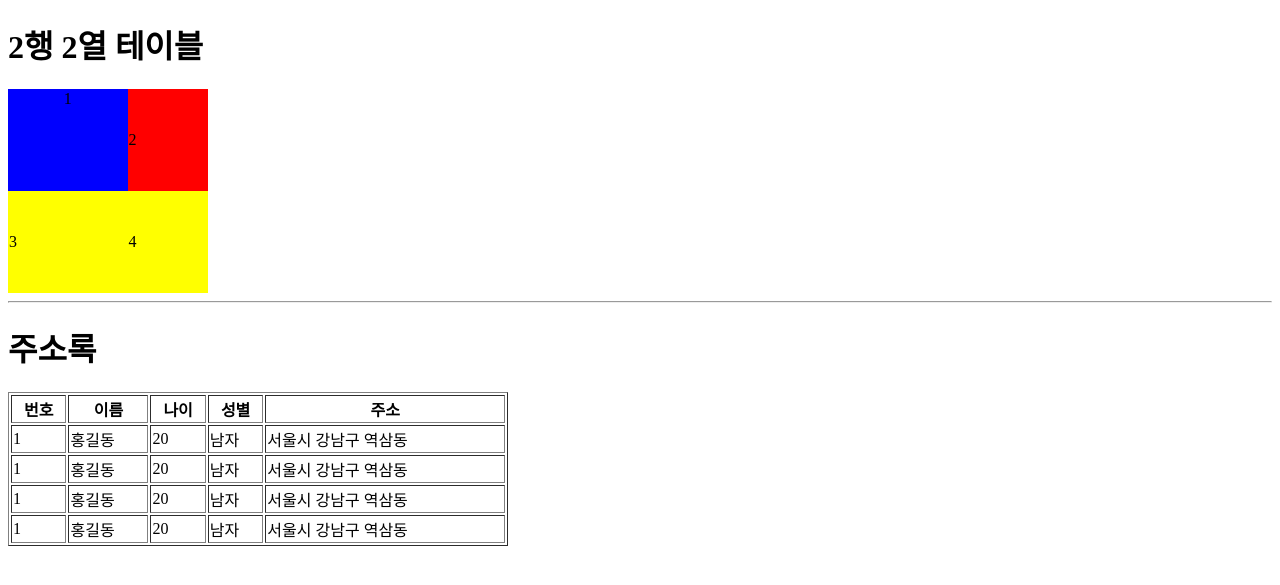
Repository: Chun0903/classStudy_github.io
Page: client/ClientTest/WebContent/ex13_table.html
An editor plug-in stored every save of this project. The page is shown before and after the next save, followed by the edit.
The browser window is 1280 px wide. The pictures show the whole page.

Above is the page before, as saved 2020-06-19 07:35:40.

### client/ClientTest/WebContent/ex13_table.html
<!DOCTYPE html>
<html>
<head>
<meta charset="UTF-8">
<title>Insert title here</title>
</head>
<body>

	<!--

		<table>, 표
		- 표 만들 떄 사용
		- 레이아웃 만들 때 사용 -> 잘 안씀 -> <div> + CSS 사용

		1. <table>
			- 큰상자
			- 전체 컨테이너
		2. <tr>, table row
			- 중간 상자
			- 행 역할
		3. <td>, table data
			- 작은상자
			- 셀 역할
			- 테이블의 데이터는 <td>가 가진다.
		4. <th>, table header
			- 작은상자
			- 셀 역할
			- 헤더의 셀 역할(제목 역할)
	-->

	<h1>2행 2열 테이블</h1>

	<table border="0" width="200" height="200" bgcolor="yellow" cellspacing="0">
		<tr bgcolor="red">
			<td width="120" height="100" bgcolor ="blue" align="center" valign="top">1</td>
			<td width="80">2</td>
		</tr>
		<tr>
			<td height="100">3</td>
			<td>4</td>
		</tr>
	</table>

	<hr>

	<h1>주소록</h1>

	<table border="1" width="500">
		<!-- 테이블 헤더 -->

		<tr>
			<th>번호</th>
			<th>이름</th>
			<th>나이</th>
			<th>성별</th>
			<th>주소</th>
		</tr>
		<tr>
			<td>1</td>
			<td>홍길동</td>
			<td>20</td>
			<td>남자</td>
			<td>서울시 강남구 역삼동</td>
		</tr>
		<tr>
			<td>1</td>
			<td>홍길동</td>
			<td>20</td>
			<td>남자</td>
			<td>서울시 강남구 역삼동</td>
		</tr>
		<tr>
			<td>1</td>
			<td>홍길동</td>
			<td>20</td>
			<td>남자</td>
			<td>서울시 강남구 역삼동</td>
		</tr>
		<tr>
			<td>1</td>
			<td>홍길동</td>
			<td>20</td>
			<td>남자</td>
			<td>서울시 강남구 역삼동</td>
		</tr>

	</table>



</body>
</html>

After the next save:
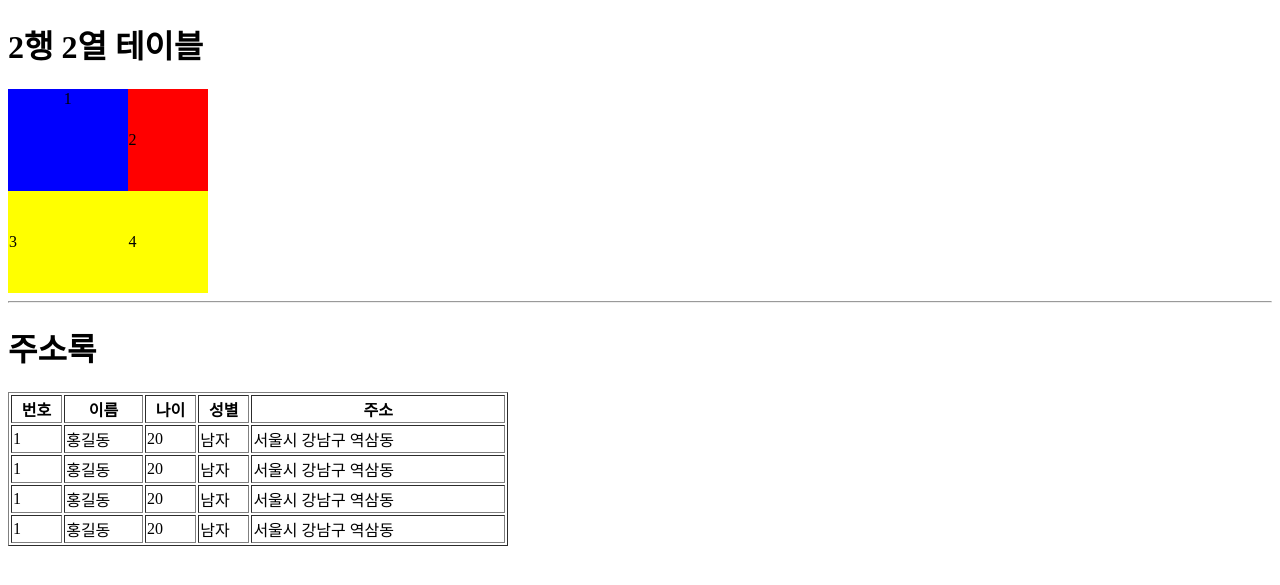
Saved 62 s later.
--- a/client/ClientTest/WebContent/ex13_table.html
+++ b/client/ClientTest/WebContent/ex13_table.html
@@ -49,11 +49,11 @@
 		<!-- 테이블 헤더 -->
 
 		<tr>
-			<th>번호</th>
-			<th>이름</th>
-			<th>나이</th>
-			<th>성별</th>
-			<th>주소</th>
+			<th width="50">번호</th>
+			<th width="80">이름</th>
+			<th width="50">나이</th>
+			<th width="50">성별</th>
+			<th width="270">주소</th>
 		</tr>
 		<tr>
 			<td>1</td>
